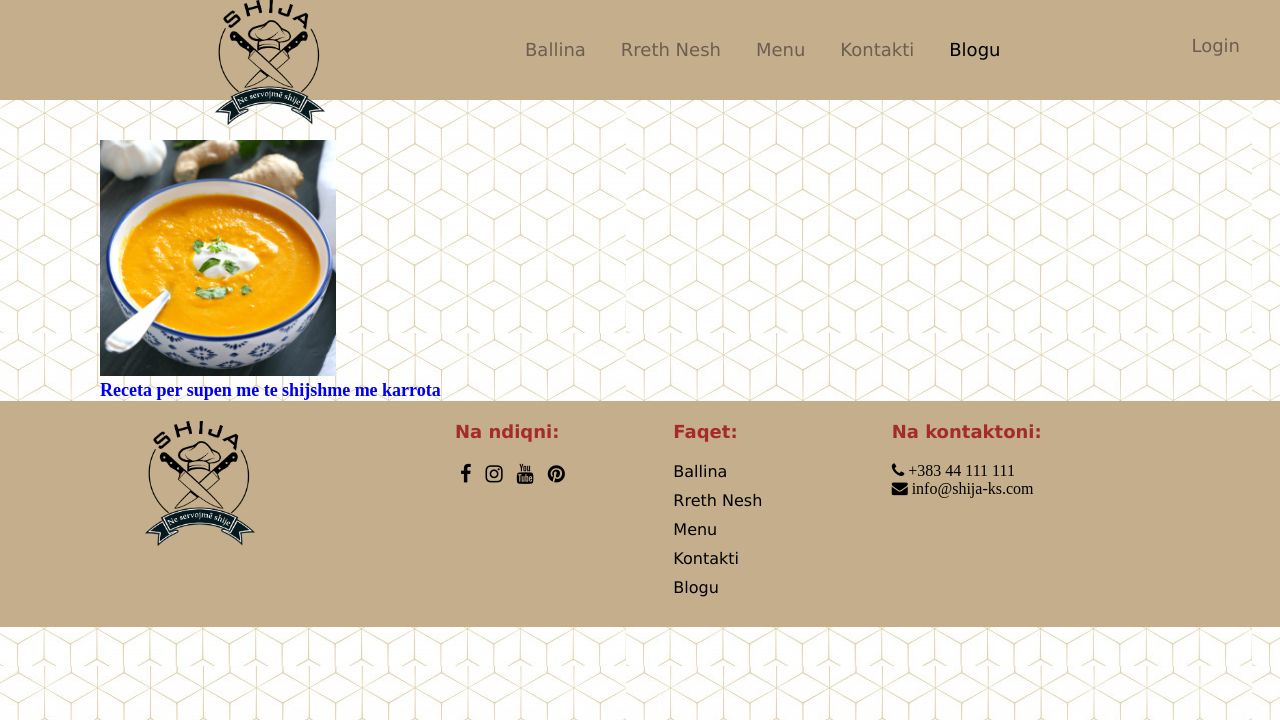
Repository: bs47892/ProjektiWeb-Shija2020
Page: blog.html
These files come from the project's save history. The page is drawn as it stood at one moment and after the next save; the edit follows.
The browser window is 1280 px wide. The pictures show the whole page.
Some web fonts or font styles are not loaded; a fallback is used.

Above is the page before, as saved 2021-03-09 20:08:41.

### blog.html
<!DOCTYPE html>
<html lang="en" dir="ltr">
    <head>
        <meta charset="utf-8">
<title> Restaurant Shija </title>
<link rel="stylesheet" type="text/css" href ="style.css">
<link rel="stylesheet" href="https://stackpath.bootstrapcdn.com/font-awesome/4.7.0/css/font-awesome.min.css">
<link rel="preconnect" href="https://fonts.gstatic.com">

<link href="https://fonts.googleapis.com/css2?family=Dancing+Script&family=EB+Garamond&family=Lovers+Quarrel&display=swap" rel="stylesheet">
    </head>
    <body>
       <header class="header">
           <div class ="container">
               <div class="logo">
            <img src="images/logo-png.png" alt="llogo" width="110" height="125"/>
               </div>
           <nav>
            <ul>
                <li><a href="shija.html" class="underline">Ballina</a></li>
                <li><a href="RrethNesh.html" class="underline">Rreth Nesh</a></li>
                <li><a href="menu.html" class="underline">Menu</a></li>
                <li><a href="kontakti.html" class="underline">Kontakti</a></li>
                <li><a href="blog.html" class="underline active">Blogu</a></li>
            </ul>
            </nav>
            <li><a href="login/login.html" class="rightlog">Login</a></li>


           </div>
        </header>
 <!--********************Ketu perfundon tagu per header*****************************-->
<div class="artikuj">
    <img src="images/foto_artikulli1.jpg">
    <h2><a href="artikulli1">Receta per supen me te shijshme me karrota</a></h2>
</div>





 <!--**************************Ketu fillon footeri**********************************-->
<footer class="footer">
    <div class="inner_footer">
        <div class="logo">
            <img src="images/logo-png.png" alt="llogo" width="110" height="125"/>
        </div>
        <div class ="footer_third">

            <h3>Na ndiqni: </h3>
            <p>

            </p>
            <div class="socials">
            <ul>
            <li><a href="#"><i class="fa fa-facebook"></i></a></li>
            <li><a href="#"><i class="fa fa-instagram"></i></a></li>
            <li><a href="#"><i class="fa fa-youtube"></i></a></li>
            <li><a href="#"><i class="fa fa-pinterest"></i></a></li>
            </ul>
            </div>
        </div>
        <div class ="footer_third">
            <h3>Faqet: </h3>
            <p>

            </p>
            <div class="menu">
            <ul>
                <li><a href="shija.html">Ballina</a></li>
                <li><a href="RrethNesh.html">Rreth Nesh</a></li>
                <li><a href="menu.html">Menu</a></li>
                <li><a href="kontakti.html">Kontakti</a></li>
                <li><a href="blog.html">Blogu</a></li>
            </ul>
            </div>
            </div>

        <div class ="footer_third">
            <h3>Na kontaktoni: </h3>
            <p>

            </p>
            <div class="kontakti">
                <i class="fa fa-phone"> +383 44 111 111</i>
            <i class ="fa fa-envelope"> info@shija-ks.com</i>
            </div>
        </div>





    </footer>
    </body>
</html>

### style.css
*{
    margin:0;
    padding:0;
    list-style: none;
    text-decoration: none;
}
body{
    background-image:url(images/mainbackground.jpg);
}


header{
    min-height: 100px;
    background-color: rgb(196, 174, 140);
}
.logo {

    float:left;
    padding: 0 200px 0 215px;

}
nav ul li{
    float: left;
    line-height: 100px; /*text in the center*/
    padding-right: 15px;
}

nav ul li a{
    display: block;
    font-size: 18px;
    font-family:Verdana, Geneva, Tahoma, sans-serif;
    color:rgba(44, 37, 37, 0.582);
    padding: 0px 20px 1px 0px;

}

nav ul li a:hover{
    color:rgb(0, 0, 0);
}

.underline {
    display: inline;
    position: relative;
    user-select: none;
}



.underline::before {
    content: '';
    position: absolute;
    width: 100%;
    transform: scaleX(0);
    height: 3px;
    bottom: 0;
    left: 0;
    background-color: #000000c4;
    transform-origin: center;
    transition: transform 0.30s ease-out;
}
.underline:hover::before {
    transform: scaleX(1);
    transform-origin: center;
}

.active {
    color: black;
}
footer{
    position: relative;;    /*rreshti 47 dhe 48 e definojne poziten e footerit*/
    bottom: 0;
    width: 100vw;
    display: block;
    overflow: hidden;
    padding: 20px 0;
    box-sizing: border-box;
    background-color: rgb(196, 174, 140);
}
.inner_footer{
    display: block;
    margin: 0 auto;
    width: 1100px;
}
.inner_footer .logo{
   padding-left: 5%;

}
.inner_footer .footer_third{

  width: calc(21.666666667% - 20px);
  display: inline;
    float:left;
    height:100%
}
.inner_footer .footer_third:last-child{
    margin-right:0;
}
.inner_footer .footer_third h3{
    font-family: Verdana, Geneva, Tahoma, sans-serif;
    font-size:18px;
    color: brown;
    display:block;
    width: 100%;
    margin-bottom:20px;
}
.inner_footer .footer_third .socials a{
    font-family: Verdana, Geneva, Tahoma, sans-serif;

    display:block;
    color: black;
    font-weight:200;
    width: 100%;
    padding-bottom:20px;
}
.inner_footer .footer_third .socials li{
    display: inline-block;
    padding: 0 5px;
    font-size: 20px;
}
.inner_footer .footer_third .menu a{
    font-family:Verdana, Geneva, Tahoma, sans-serif;
    display:block;
    color: black;
    padding-bottom:10px;
}

.rightlog {
    float: right;
    display: block;
    font-size: 18px;
    font-family:Verdana, Geneva, Tahoma, sans-serif;
    color:rgba(44, 37, 37, 0.582);
    padding: 35px 40px 35px 35px;
}

.rightlog:hover {
    color: black;
}
/*main page (slider)*/
.slider{


    transform: translate(-25%, 0%);
       width:800px;
       height:500px;
       border-radius: 10px;
       overflow:hidden;

   }
   .slides{
       width:500%;
       height: 500px;
       display: flex;
   }
   .slides input{
       display: none;
   }
   .slide{
       width:20%;
       transition: 2s;
   }
   .slide img{
       width:800px;
       height:500px;
   }
   .navigation-manual{
   position: absolute;
   width:800px;
   margin-top: 460px;
   display: flex;
   justify-content: center;

   }
   .manual-btn{
       border:2px solid black;
       padding: 5px;
       border-radius: 10px;
       cursor:pointer;
       transition:1s;
   }
   .manual-btn:not(:last-child){
       margin-right: 40px;
   }
   .manual-btn:hover{
       background-color: black;

   }
   #radio1:checked ~ .first{
       margin-left:0;
   }
   #radio2:checked ~ .first{
       margin-left:-20%;
   }
   #radio3:checked ~ .first{
       margin-left:-40%;
   }
   #radio4:checked ~ .first{
       margin-left:-60%;
   }
   .navigation-auto{
       position: absolute;
       display: flex;
       width:800px;
       justify-content: center;
       margin-top: 460px;
   }
   .navigation-auto div{
       border:2px solid black;
       padding:5px;
       border-radius:10px;
       transition: 1s;
   }
   .navigation-auto div:not(:last-child){
       margin-right: 40px;
   }
   #radio:checked ~ .navigation-auto.auto-btn1{
       background: black;
   }
   #radio:checked ~ .navigation-auto.auto-btn2{
       background: black;
   }
   #radio:checked ~ .navigation-auto.auto-btn3{
       background: black;
   }
   #radio:checked ~ .navigation-auto.auto-btn4{
       background: black;
   }
   /*main slider perfundon ketu*/

   /*sllogani*/
   .sllogani{
       display:block;
       border:2px dotted rgb(196, 174, 140);
       height: 200px;
       width: 100%;
       background-color:white;
       margin-top: 50px;
   }
   .sllogani h1{
      font-size: 500%;
      font-family:  'Dancing Script', cursive;
      color: rgb(102, 69, 65);
      margin-top: 50px;
      margin-left: 30%;

   }
   /*perfundoi sllogani*/
   /*specialitet*/
   .specialiteti{
       display: block;
       border:1px solid white;
       height: 400px;
       width:100%;

   }
   .specialiteti img{
       float:left;
       margin-top:100px;
       margin-left: 20px;
       size: 275, 153;
   }
   .specialiteti h1{
       font-size: 300%;
       margin-top: 80px;
       font-family: 'EB Garamond', serif;
       font-style: italic;
   }
   .specialiteti p{
       float:right;
       font-size: 180%;
       margin-top: 25px;
       margin-right: 50px;
       line-height: 35px;
       font-family: 'EB Garamond', serif;
   }
   /*perfundon specialiteti*/
   .lokacioni{
    display: block;
    border:1px solid white;
    height: 500px;
    width:100%;
    background-color: white;

   }
.lokacioni img{
 float: left;
 margin-left: 50px;
}
.lokacioni h1{
    font-family: 'EB Garamond', serif;
    font-style: italic;
    margin-top: 50px;
    margin-left: 600px;
}
.lokacioni p{
float: right;
margin-right: 300px;
margin-top:50px;
font-size: 130%;
line-height: 50px;
font-family: 'EB Garamond', serif;
}
.lokacioni p i{
    color:rgb(143, 96, 91);
}

/* Rreth nesh */
.body02 {
    background-image:url(images/rrethdesc.png);
    height: 600px;
    width: 1536px;
}
.about-section{
    font-family: Verdana, Geneva, Tahoma, sans-serif;
}

.inner-container{
    height: 400px;
    font-family: 'Poppins', sans-serif;
}

.inner-container h1{
    font-size: 30px;
    font-weight: 900;
}

.text{
    font-size: 20px;
    color: #545454;
    line-height: px;
    text-align: justify;

}

h1 {
    margin-left: 41%;
    padding-top: 5px;
}

h2 {
    padding-top: 50px;
    padding-left: 30px;
}

p {
    line-height: 24px;
}

/*Menu fillon ketu*/
.menuja{
    border:3px dotted brown;
    border-radius: 10px;
    height: auto;
    width: 60%;
margin-left: 20%;
margin-top: 30px;
margin-bottom: 30px;
}
.menuja h1{
    font-family: 'Dancing Script', cursive ;
    font-size: 500%;
}
.menuja .titull{
    border: 1px solid black;
    height: 40px;
    width: 150px;
    text-align: center;
    background-color: coral;
    margin-left: 40%;
    margin-top: 50px;
}
.menuja .titull h2{
padding:0;
font-family: 'EB Garamond', serif;
}
.menuja ul{
    font-family: 'EB Garamond', serif;
    margin-left: 30px;
    margin-top: 15px;
    font-size: 200%;
    margin-bottom: 15px;

}
/*Menu perfundon ketu*/


/*Contact Form fillon ketu*/

.containerc {
    max-width: 700px;
    width: 100%;
    margin: 0% 30% 30% 28% ;
    position: relative;
  }

  #contact input[type="text"],
  #contact input[type="email"],
  #contact input[type="tel"],
  #contact input[type="url"],
  #contact textarea,
  #contact button[type="submit"] {
    font: 400 12px/16px "Roboto", Helvetica, Arial, sans-serif;
  }

  #contact {
    background: #F9F9F9;
    padding: 25px;
    margin: 150px 0;
    box-shadow: 0 0 20px 0 rgba(0, 0, 0, 0.2), 0 5px 5px 0 rgba(0, 0, 0, 0.24);
  }

  #contact h3 {
    display: block;
    font-size: 40px;
    font-weight: 300;
    margin-bottom: 10px;
    text-align:center;
    font-family: Fjalla One, sans-serif;
  }

  #contact h4 {
    margin: 5px 0 15px;
    display: block;
    font-size: 13px;
    font-weight: 400;
    text-align: center;
    font-family: Fjalla One, sans-serif;
  }

  fieldset {
    border: medium none !important;
    margin: 0 0 10px;
    min-width: 100%;
    padding: 0;
    width: 100%;
  }

  #contact input[type="text"],
  #contact input[type="email"],
  #contact input[type="tel"],
  #contact input[type="url"],
  #contact textarea {
    width: 100%;
    border: 1px solid #ccc;
    background: #FFF;
    margin: 0 0 5px;
    padding: 10px;
    font-family: Arial, Helvetica, sans-serif;
  }

  #contact input[type="text"]:hover,
  #contact input[type="email"]:hover,
  #contact input[type="tel"]:hover,
  #contact input[type="url"]:hover,
  #contact textarea:hover {
    -webkit-transition: border-color 0.3s ease-in-out;
    -moz-transition: border-color 0.3s ease-in-out;
    transition: border-color 0.3s ease-in-out;
    border: 1px solid #aaa;
    font-family: Arial, Helvetica, sans-serif;
  }

  #contact textarea {
    height: 100px;
    max-width: 100%;
    resize: none;
  }

  #contact button[type="submit"] {
    cursor: pointer;
    width: 100%;
    border: none;
    background: #000000e1;
    color: rgb(255, 255, 255);
    margin: 0 0 5px;
    padding: 10px;
    font-size: 15px;
    border: 3px solid black;
    border-radius: 10px;
  }

  #contact button[type="submit"]:hover {
    background: rgba(255, 255, 255, 0);
    color: rgb(11, 59, 11);
    border: 3px solid black;
    -webkit-transition: background 1s ease-in-out;
    -moz-transition: background 1s ease-in-out;
    transition: background-color 1s ease-in-out;
  }

  #contact button[type="submit"]:active {
    box-shadow: inset 0 1px 3px rgb(126, 0, 0);
  }

  .copyright {
    text-align: center;
  }

  .aboutlink {
    font-size: 18px;
    color: #000000;
  }

  .aboutlink:hover {
    font-size: 18.9px;
  }

  #contact input:focus,
  #contact textarea:focus {
    outline: 0;
    border: 1px solid #aaa;
  }

  ::-webkit-input-placeholder {
    color: #888;
  }

  :-moz-placeholder {
    color: #888;
  }

  ::-moz-placeholder {
    color: #888;
  }

  :-ms-input-placeholder {
    color: #888;
  }

  /*CSS per faqe blog*/

  .artikuj {
      clear: both;
      margin-left: 100px;
      margin-top: 40px;

  }
  .artikuj img{
      max-height: 20%;
      max-width: 20%;

  }
  .artikuj h2 {
   padding-top:0%;
   padding-left: 0%;
   font-size: 18px;
  }

After the next save:
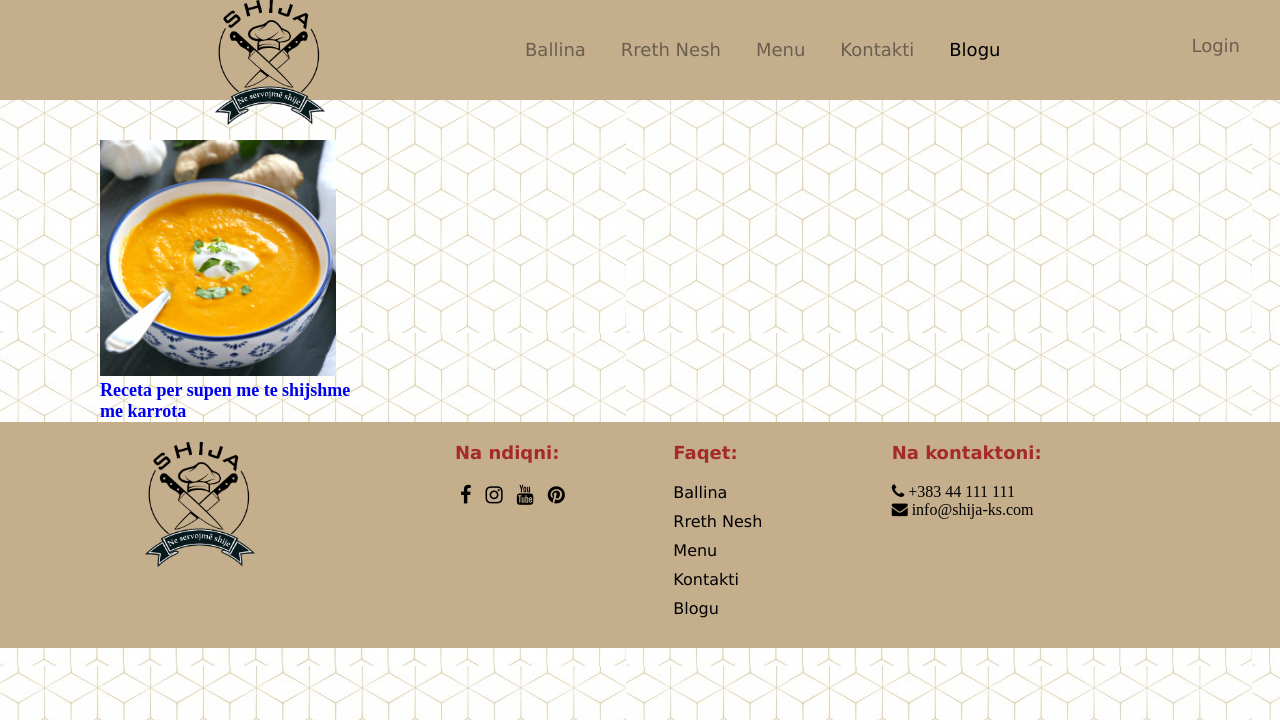
Saved 20 s later.
--- a/blog.html
+++ b/blog.html
@@ -32,7 +32,7 @@
  <!--********************Ketu perfundon tagu per header*****************************-->
 <div class="artikuj">
     <img src="images/foto_artikulli1.jpg">
-    <h2><a href="artikulli1">Receta per supen me te shijshme me karrota</a></h2>
+    <h2><a href="artikulli1">Receta per supen me te shijshme <br> me karrota</a></h2>
 </div>
 
 
